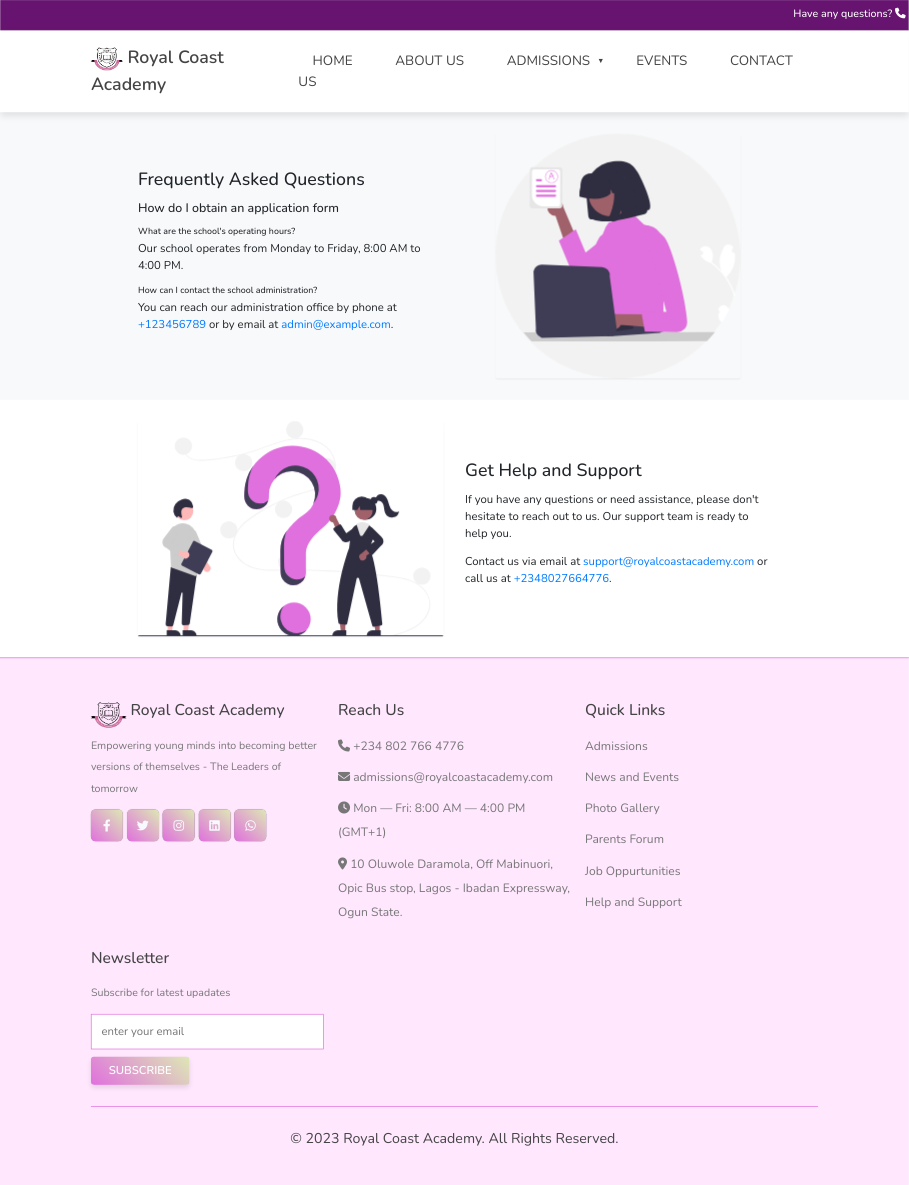
Repository: AdeniranZion/RC-Academy
Page: http://localhost/faq.php
These files come from the project's save history. The page is drawn as it stood at one moment and after the next save; the edit follows.
The browser window is 1280 px wide. The pictures show the whole page, at 71% of full size.
Some web libraries are served in a nearby version. The page is run by PHP 8.4 with error messages shown; the project is at /var/www/html/.

Above is the page before, as saved 2024-06-21 19:19:36.
Console error: TypeError: Cannot set properties of null (setting 'onclick')

After the next save:
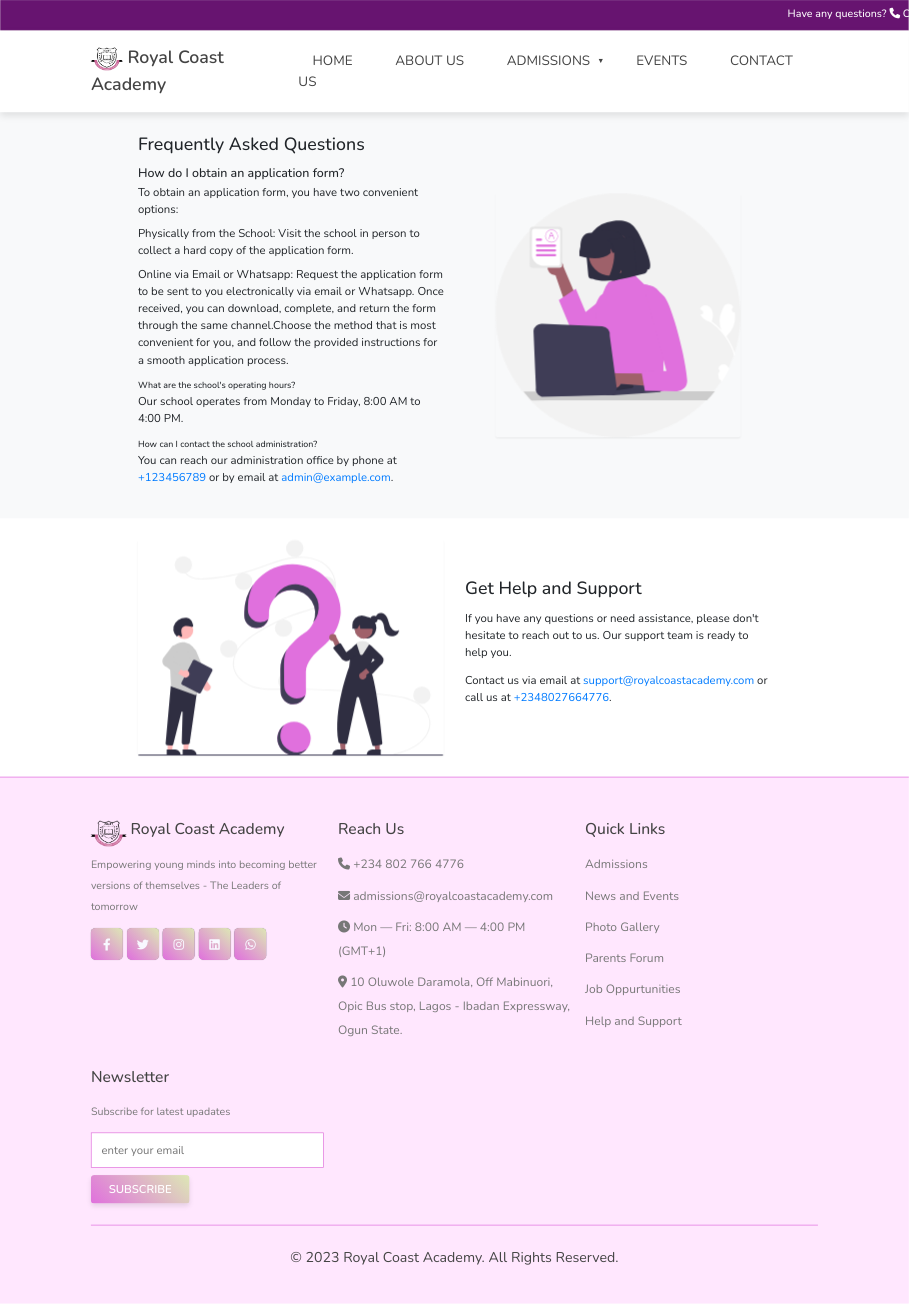
Saved 44 s later.
--- a/faq.php
+++ b/faq.php
@@ -8,8 +8,12 @@
                     <h1 class="mb-4 fw-bold">Frequently Asked Questions</h1>
 
                     <div class="faq-item mb-4">
-                        <h3>How do I obtain an application form</h3>
-                        <p></p>
+                        <h3>How do I obtain an application form?</h3>
+                        <p>
+                        To obtain an application form, you have two convenient options:
+                            <ul>Physically from the School: Visit the school in person to collect a hard copy of the application form.</ul>
+                            <ul>Online via Email or Whatsapp: Request the application form to be sent to you electronically via email or Whatsapp. Once received, you can download, complete, and return the form through the same channel.Choose the method that is most convenient for you, and follow the provided instructions for a smooth application process.</ul>
+                        </p>
                     </div>
 
                     <div class="faq-item mb-4">
